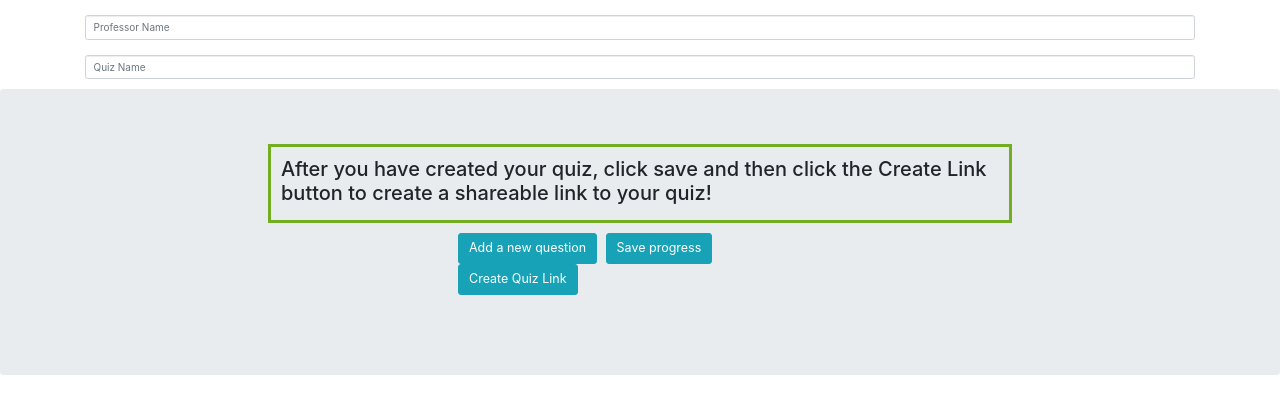
Repository: phillipdacosta/QuizemsNew
Page: /#/home
The author's editor kept a copy of each file at every save. The page is drawn from the files as they stood at one save, then again after the next save.
The browser window is 1280 px wide. The pictures show the whole page.
Some web libraries are served in a nearby version. The project was rebuilt for these pictures with package versions that can differ from the ones it lists, and the page was loaded fresh each time. Also part of the build but not shown: angular.json, src/app/quiz/quiz.component.ts, src/app/about/about.component.ts, src/app/student/student.component.ts, src/app/questions/questions.component.ts, src/app/question-display/question-display.component.ts, src/app/timer/timer.component.ts.

Above is the page before, as saved 2019-06-30 16:41:03.

After the next save:
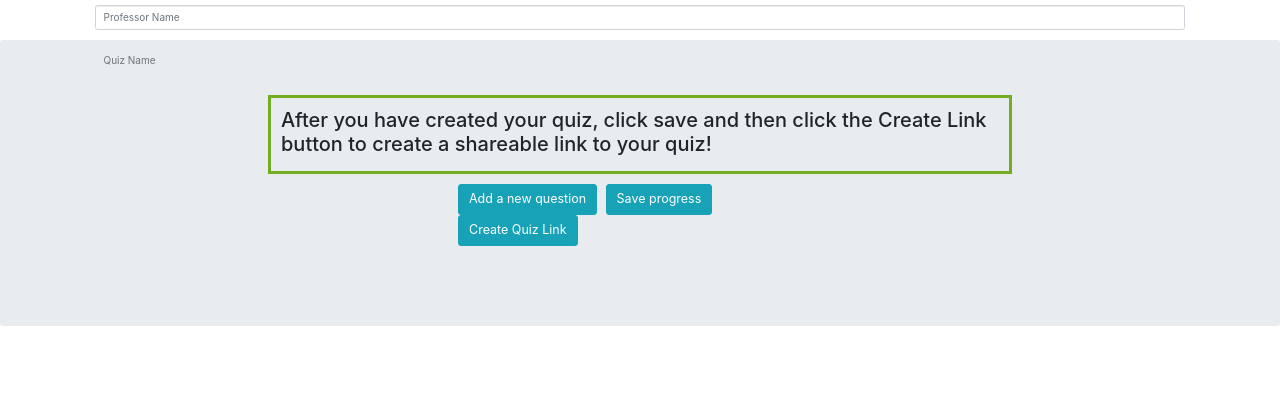
Saved 59 s later.
--- a/src/app/professor/professor.component.html
+++ b/src/app/professor/professor.component.html
@@ -13,8 +13,7 @@
 
 <div class="container">
 
-    <div class="form-group">
-        <label for="exampleInputPassword1"></label>
+    <div class="form-group input-sm">
         <input type="password" class="form-control" id="exampleInputPassword1" placeholder="Professor Name">
         <br>
 
